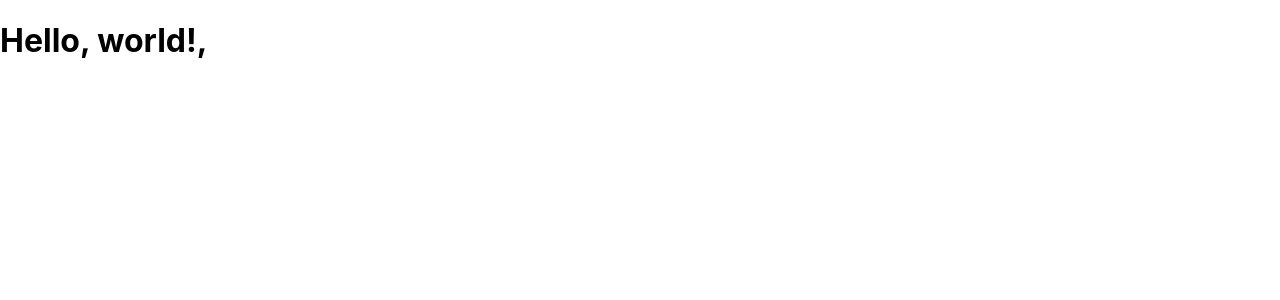
Repository: NPhanA/React2022
Page: / (app in Day 06-React real/demo/)
An editor plug-in stored every save of this project. The page is shown before and after the next save, followed by the edit.
The browser window is 1280 px wide. The pictures show the whole page.
The project was rebuilt for these pictures with package versions that can differ from the ones it lists, and the page was loaded fresh each time. Also part of the build but not shown: Day 06-React real/demo/src/App.css, Day 06-React real/demo/src/App.js, Day 06-React real/demo/src/Components/HelloFunctionComp.js, Day 06-React real/demo/src/Components/InputFunctionalComp.js, Day 06-React real/demo/src/Components/FormFC.js.

Above is the page before, as saved 2022-07-26 15:57:01.

### Day 06-React real/demo/public/index.html
<!DOCTYPE html>
<html lang="en">
  <head>
    <meta charset="utf-8" />
    <link rel="icon" href="%PUBLIC_URL%/favicon.ico" />
    <meta name="viewport" content="width=device-width, initial-scale=1" />
    <meta name="theme-color" content="#000000" />
    <meta
      name="description"
      content="Web site created using create-react-app"
    />
    <link rel="apple-touch-icon" href="%PUBLIC_URL%/logo192.png" />
    <!--
      manifest.json provides metadata used when your web app is installed on a
      user's mobile device or desktop. See https://developers.google.com/web/fundamentals/web-app-manifest/
    -->
    <link rel="manifest" href="%PUBLIC_URL%/manifest.json" />
    <!--
      Notice the use of %PUBLIC_URL% in the tags above.
      It will be replaced with the URL of the `public` folder during the build.
      Only files inside the `public` folder can be referenced from the HTML.

      Unlike "/favicon.ico" or "favicon.ico", "%PUBLIC_URL%/favicon.ico" will
      work correctly both with client-side routing and a non-root public URL.
      Learn how to configure a non-root public URL by running `npm run build`.
    -->
    <title>Components</title>
  </head>
  <body>
    <noscript>You need to enable JavaScript to run this app.</noscript>
    <div id="root"></div>
    <!--
      This HTML file is a template.
      If you open it directly in the browser, you will see an empty page.

      You can add webfonts, meta tags, or analytics to this file.
      The build step will place the bundled scripts into the <body> tag.

      To begin the development, run `npm start` or `yarn start`.
      To create a production bundle, use `npm run build` or `yarn build`.
    -->
  </body>
</html>

### Day 06-React real/demo/src/index.js
import React from 'react';
import './index.css';
import App from './App';
import {createRoot} from 'react-dom/client';
import HelloFunctionComp from './Components/HelloFunctionComp';
import FormFc from './Components/FormFC';
import HelloCC from './Components/HelloCC';
const container = document.getElementById('root');
const root = createRoot(container);
root.render(<HelloCC />);

### Day 06-React real/demo/src/Components/HelloCC.js
import { Component } from "react";

class HelloCC extends Component{
    render(){
       return(
        <h1>Hello, world!, {this.props.person}</h1>
       )
    }
}
export default HelloCC;

Loaded but not shown: Day 06-React real/demo/src/index.css (common file)

After the next save:
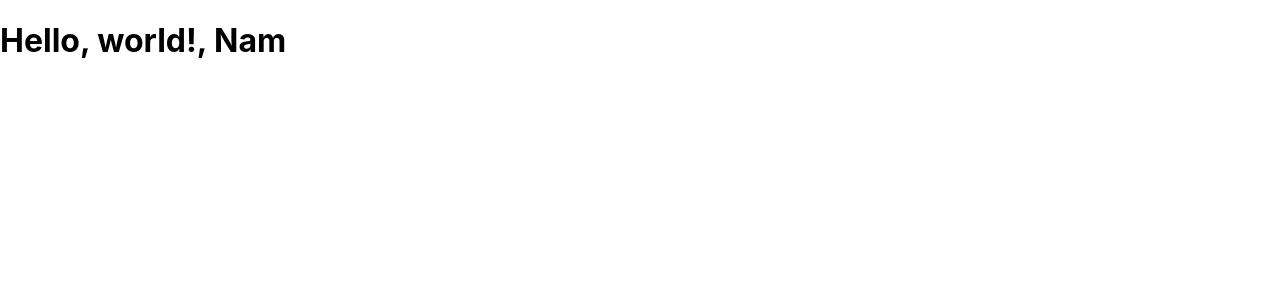
Saved 30 s later.
--- a/Day 06-React real/demo/src/index.js
+++ b/Day 06-React real/demo/src/index.js
@@ -7,4 +7,4 @@ import FormFc from './Components/FormFC';
 import HelloCC from './Components/HelloCC';
 const container = document.getElementById('root');
 const root = createRoot(container);
-root.render(<HelloCC />);
+root.render(<HelloCC person="Nam"/>);
